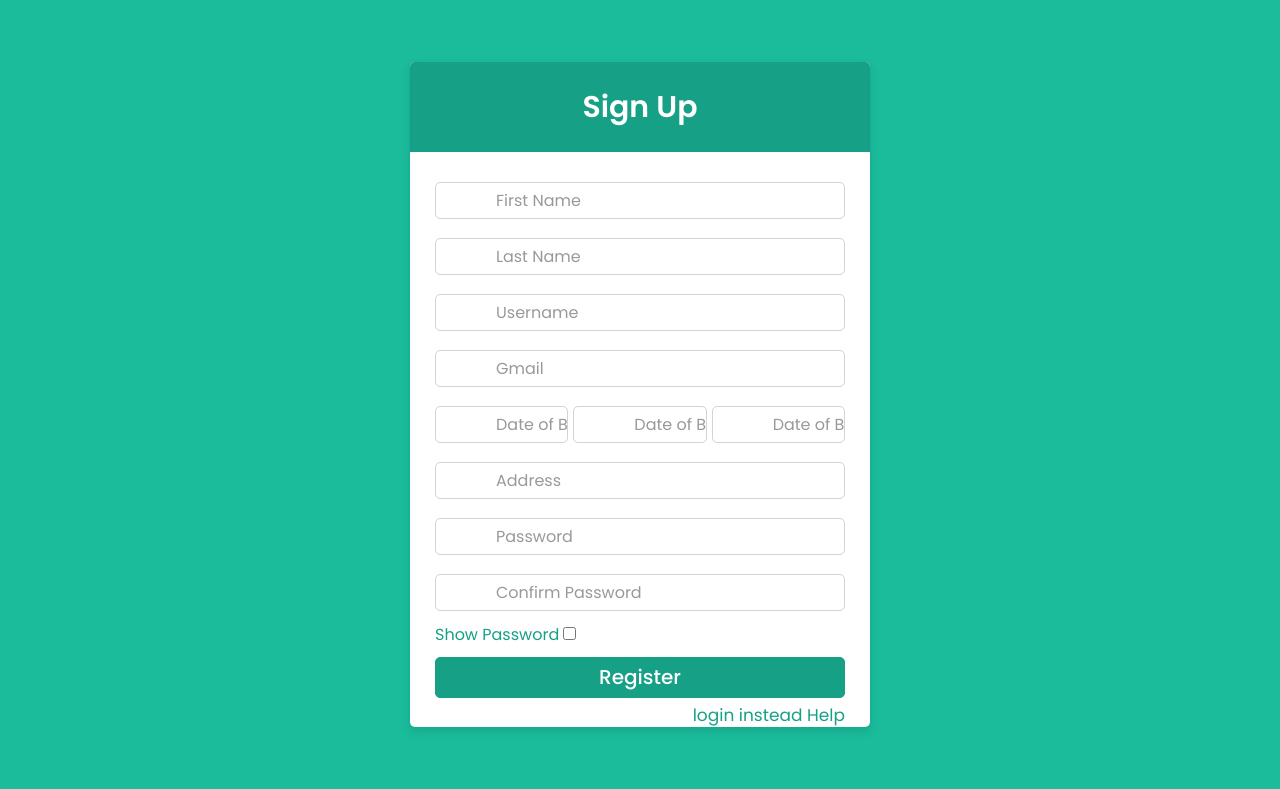
Repository: AOY311/DuckEdu
Page: test2.html
The author's editor kept a copy of each file at every save. The page is drawn from the files as they stood at one save, then again after the next save.
The browser window is 1280 px wide. The pictures show the whole page.

Above is the page before, as saved 2021-10-30 12:33:55.

After the next save:
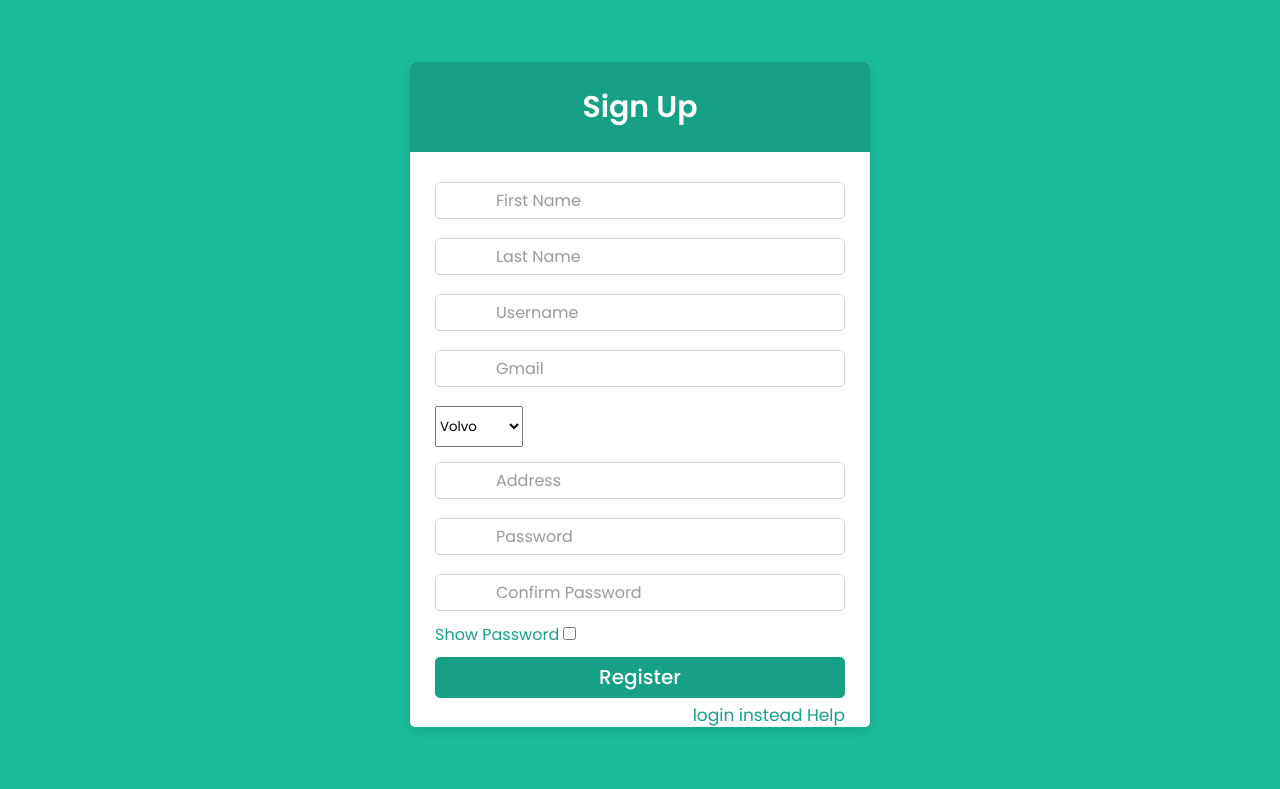
Saved 42 s later.
--- a/test2.html
+++ b/test2.html
@@ -257,9 +257,12 @@
                     </div>
 
                     <div class="box">
-                        <input class="inline row" type="text" name="dob" id="dob" placeholder="Date of Birth" required>
-                        <input class="inline row" type="text" name="dob" id="dob" placeholder="Date of Birth" required>
-                        <input class="inline row" type="text" name="dob" id="dob" placeholder="Date of Birth" required>
+                        <select name="cars" id="cars">
+                            <option value="volvo">Volvo</option>
+                            <option value="saab">Saab</option>
+                            <option value="mercedes">Mercedes</option>
+                            <option value="audi">Audi</option>
+                          </select>
                         <span class="error" id="errDob">Date of Birth don't valid</span>
                     </div>
 
